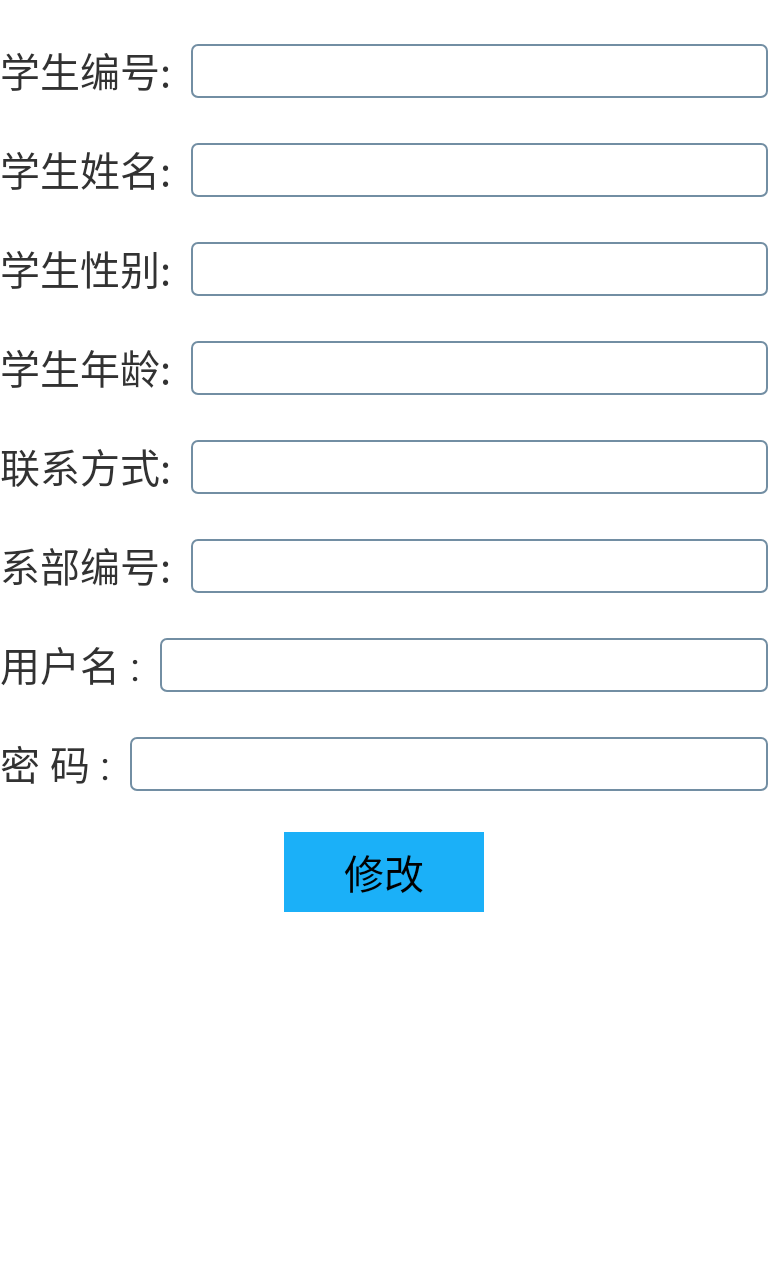
Repository: 15862175370/MyProject
Layout: 毕业设计系统源码_李伟/client/TeachSystem/res/layout/editstudent.xml
The author's editor kept a copy of each file at every save. The layout is drawn from the files as they stood at one save, then again after the next save.
It is drawn on a 768 x 1280 px phone screen (xhdpi) without system bars, with theme AppTheme; the app's code is not run.

Above is the layout before, as saved 2016-05-21 10:15:36.

### 毕业设计系统源码_李伟/client/TeachSystem/res/layout/editstudent.xml
<?xml version="1.0" encoding="utf-8"?>
<LinearLayout xmlns:android="http://schemas.android.com/apk/res/android"
    android:layout_width="match_parent"
    android:layout_height="match_parent"
    android:orientation="vertical" >
    <LinearLayout
     android:id="@+id/cno_linearlayout"
      android:layout_width="match_parent"
        android:layout_height="wrap_content"
        android:orientation="horizontal"
        android:layout_marginTop="20dp"
        >
        <TextView
         android:id="@+id/teacher_tn"
         android:layout_width="wrap_content"
         android:layout_height="wrap_content"
         android:textSize="20dp"
         android:text="学生编号:"/>
        <EditText
            android:layout_marginLeft="10dp"
            android:id="@+id/mystudent_sno"
         android:layout_width="match_parent"
         android:layout_height="wrap_content"
          android:textSize="20dp"
         android:background="@drawable/biankuang"
            />

    </LinearLayout>
 <LinearLayout
     android:id="@+id/cno"
      android:layout_width="match_parent"
        android:layout_height="wrap_content"
        android:orientation="horizontal"
        android:layout_marginTop="20dp"
        >
        <TextView
         android:id="@+id/teach"
         android:layout_width="wrap_content"
         android:layout_height="wrap_content"
         android:textSize="20dp"
         android:text="学生姓名:"/>
        <EditText
            android:layout_marginLeft="10dp"
            android:id="@+id/mystudent_sname"
         android:layout_width="match_parent"
         android:layout_height="wrap_content"
          android:textSize="20dp"
         android:background="@drawable/biankuang"
            />

    </LinearLayout>


     <LinearLayout
     android:id="@+id/cname_linearlayout"
      android:layout_width="match_parent"
        android:layout_height="wrap_content"
        android:orientation="horizontal"
        android:layout_marginTop="20dp"

        >
        <TextView
         android:id="@+id/teacher_se"
         android:layout_width="wrap_content"
         android:layout_height="wrap_content"
         android:textSize="20dp"
         android:text="学生性别:"/>
        <EditText
              android:layout_marginLeft="10dp"
            android:id="@+id/mystudent_sex"
         android:layout_width="match_parent"
         android:layout_height="wrap_content"
          android:textSize="20dp"
        android:background="@drawable/biankuang"
            />

    </LinearLayout>


      <LinearLayout
     android:id="@+id/ctime_linearlayout"
      android:layout_width="match_parent"
        android:layout_height="wrap_content"
        android:orientation="horizontal"
        android:layout_marginTop="20dp"

        >
        <TextView
         android:id="@+id/mytea"
         android:layout_width="wrap_content"
         android:layout_height="wrap_content"
         android:textSize="20dp"
         android:text="学生年龄:"/>
        <EditText
              android:layout_marginLeft="10dp"
            android:id="@+id/mystudent_age"
         android:layout_width="match_parent"
         android:layout_height="wrap_content"
          android:textSize="20dp"
      android:background="@drawable/biankuang"
            />

    </LinearLayout>




        <LinearLayout
     android:id="@+id/content_linearlayout"
      android:layout_width="match_parent"
        android:layout_height="wrap_content"
        android:orientation="horizontal"
        android:layout_marginTop="20dp"

        >
        <TextView
         android:id="@+id/teacher_phone"
         android:layout_width="wrap_content"
         android:layout_height="wrap_content"
         android:textSize="20dp"
         android:text="联系方式:"/>
        <EditText
              android:layout_marginLeft="10dp"
            android:id="@+id/mystudent_phone"
         android:layout_width="match_parent"
         android:layout_height="wrap_content"
          android:textSize="20dp"
         android:background="@drawable/biankuang"
            />

    </LinearLayout>

         <LinearLayout
     android:id="@+id/teacher_linearlayout"
      android:layout_width="match_parent"
        android:layout_height="wrap_content"
        android:orientation="horizontal"
        android:layout_marginTop="20dp"

        >
        <TextView
         android:id="@+id/teacher_textview"
         android:layout_width="wrap_content"
         android:layout_height="wrap_content"
         android:textSize="20dp"
         android:text="系部编号:"/>
        <EditText
              android:layout_marginLeft="10dp"
            android:id="@+id/mystudent_dno"
         android:layout_width="match_parent"
         android:layout_height="wrap_content"
          android:textSize="20dp"
         android:background="@drawable/biankuang"
            />

    </LinearLayout>


           <LinearLayout
     android:id="@+id/teacher_linearlay"
      android:layout_width="match_parent"
        android:layout_height="wrap_content"
        android:orientation="horizontal"
        android:layout_marginTop="20dp"

        >
        <TextView
         android:id="@+id/teacher_user"
         android:layout_width="wrap_content"
         android:layout_height="wrap_content"
         android:textSize="20dp"
         android:text="用户名 :"/>
        <EditText
              android:layout_marginLeft="10dp"
            android:id="@+id/mystudent_user"
         android:layout_width="match_parent"
         android:layout_height="wrap_content"
          android:textSize="20dp"
         android:background="@drawable/biankuang"
            />

    </LinearLayout>




        <LinearLayout
     android:id="@+id/teacher_line"
      android:layout_width="match_parent"
        android:layout_height="wrap_content"
        android:orientation="horizontal"
        android:layout_marginTop="20dp"

        >
        <TextView
         android:id="@+id/teacher_pass"
         android:layout_width="wrap_content"
         android:layout_height="wrap_content"
         android:textSize="20dp"
         android:text="密 码 :"/>
        <EditText
              android:layout_marginLeft="10dp"
            android:id="@+id/mystudent_pass"
         android:layout_width="match_parent"
         android:layout_height="wrap_content"
          android:textSize="20dp"
         android:background="@drawable/biankuang"
            />

    </LinearLayout>



    <RelativeLayout
           android:layout_height="wrap_content"
             android:layout_width="match_parent"
             android:layout_marginTop="20dp"

            >
            <Button
                android:layout_centerInParent="true"
                android:layout_marginLeft="30dp"
             android:id="@+id/mystudent_add"
             android:layout_height="40dp"
               android:layout_width="100dp"
               android:background="#1bb0f8"
               android:textSize="20dp"
               android:text="修改"
                />
        </RelativeLayout>

</LinearLayout>

### 毕业设计系统源码_李伟/client/TeachSystem/res/drawable/biankuang.xml
<?xml version="1.0" encoding="utf-8"?>
<shape xmlns:android="http://schemas.android.com/apk/res/android" >
     <solid android:color="#FFFFFF" />
    <corners android:radius="3dip"/>
    <stroke
        android:width="1dip"
        android:color="#728ea3" />

</shape>

Loaded but not shown: 毕业设计系统源码_李伟/client/TeachSystem/res/values/styles.xml (common file); 毕业设计系统源码_李伟/client/TeachSystem/res/values-v11/styles.xml (common file); 毕业设计系统源码_李伟/client/TeachSystem/res/values-v14/styles.xml (common file)

After the next save:
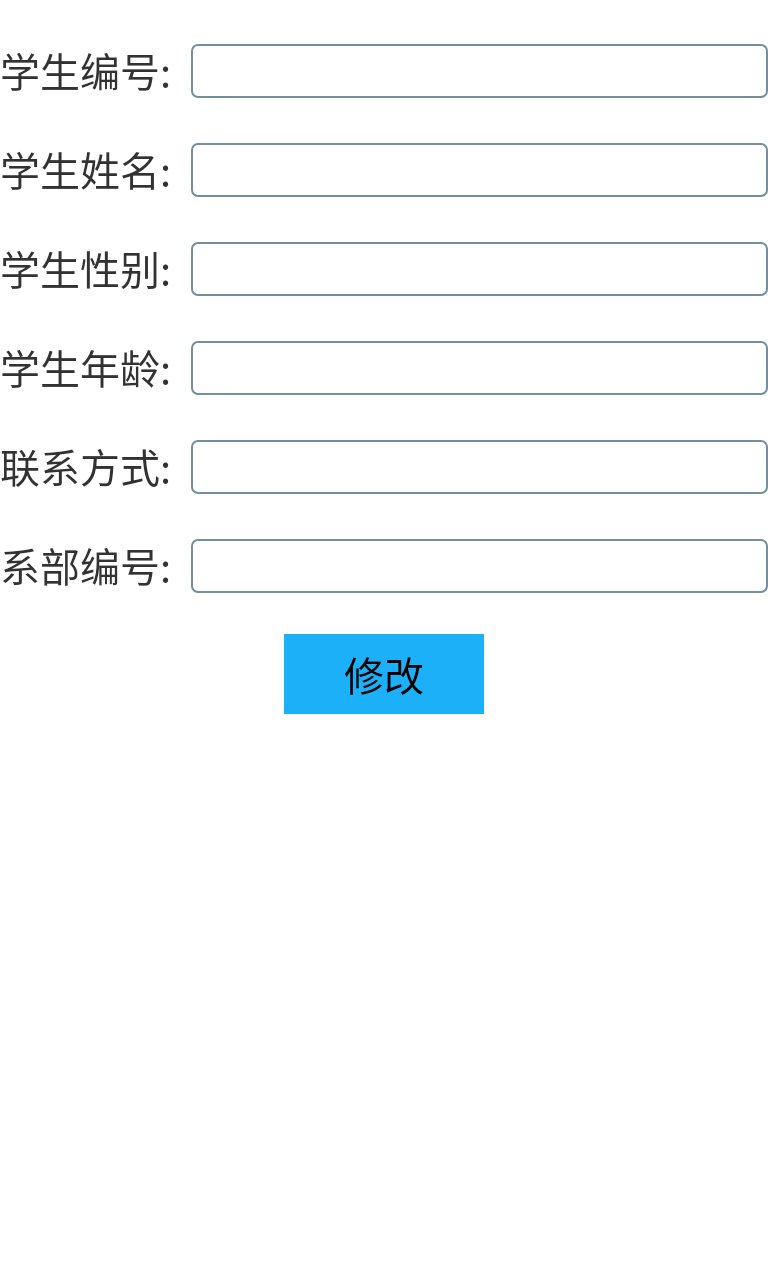
Saved 21 s later.
--- a/毕业设计系统源码_李伟/client/TeachSystem/res/layout/editstudent.xml
+++ b/毕业设计系统源码_李伟/client/TeachSystem/res/layout/editstudent.xml
@@ -156,58 +156,7 @@
     </LinearLayout>
 
 
-           <LinearLayout
-     android:id="@+id/teacher_linearlay"
-      android:layout_width="match_parent"
-        android:layout_height="wrap_content"
-        android:orientation="horizontal"
-        android:layout_marginTop="20dp"
 
-        >
-        <TextView
-         android:id="@+id/teacher_user"
-         android:layout_width="wrap_content"
-         android:layout_height="wrap_content"
-         android:textSize="20dp"
-         android:text="用户名 :"/>
-        <EditText
-              android:layout_marginLeft="10dp"
-            android:id="@+id/mystudent_user"
-         android:layout_width="match_parent"
-         android:layout_height="wrap_content"
-          android:textSize="20dp"
-         android:background="@drawable/biankuang"
-            />
-
-    </LinearLayout>
-
-
-
-
-        <LinearLayout
-     android:id="@+id/teacher_line"
-      android:layout_width="match_parent"
-        android:layout_height="wrap_content"
-        android:orientation="horizontal"
-        android:layout_marginTop="20dp"
-
-        >
-        <TextView
-         android:id="@+id/teacher_pass"
-         android:layout_width="wrap_content"
-         android:layout_height="wrap_content"
-         android:textSize="20dp"
-         android:text="密 码 :"/>
-        <EditText
-              android:layout_marginLeft="10dp"
-            android:id="@+id/mystudent_pass"
-         android:layout_width="match_parent"
-         android:layout_height="wrap_content"
-          android:textSize="20dp"
-         android:background="@drawable/biankuang"
-            />
-
-    </LinearLayout>
 
 
 
